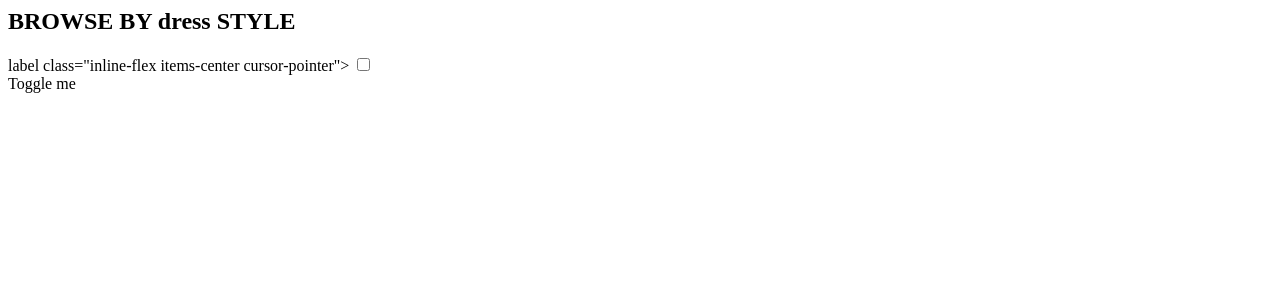
Repository: jekakoba/shop-co
Page: src/html/components/browse/_browse.html
The author's editor kept a copy of each file at every save. The page is drawn from the files as they stood at one save, then again after a run of saves.
The browser window is 1280 px wide. The pictures show the whole page.

Above is the page before, as saved 2025-03-04 19:01:45.

After the next 2 saves:
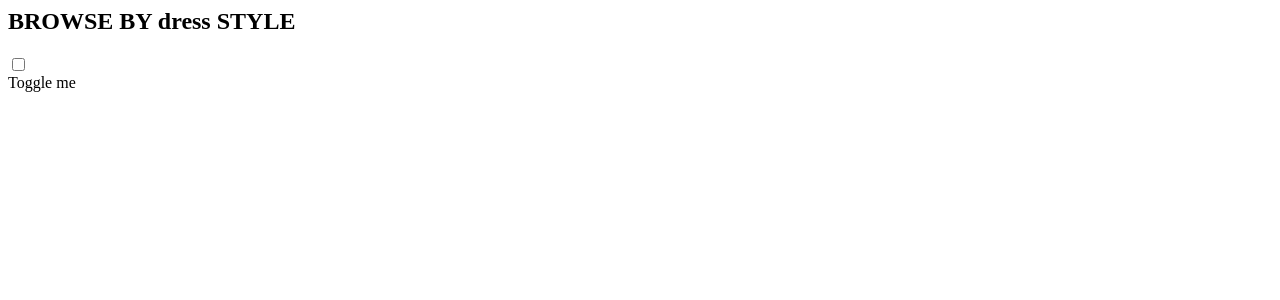
The 2 saves are shown as one change because they came seconds apart.
The last was saved 11 s later.
--- a/src/html/components/browse/_browse.html
+++ b/src/html/components/browse/_browse.html
@@ -1,10 +1,12 @@
 <section class="">
 	<h2 class="text-center font-bold font-f-secondary leading-none">BROWSE BY dress STYLE</h2>
-	label class="inline-flex items-center cursor-pointer">
-	<input type="checkbox" value="" class="sr-only peer">
-	<div
-		class="relative w-11 h-6 bg-gray-200 peer-focus:outline-none peer-focus:ring-4 peer-focus:ring-blue-300 dark:peer-focus:ring-blue-800 rounded-full peer dark:bg-gray-700 peer-checked:after:translate-x-full rtl:peer-checked:after:-translate-x-full peer-checked:after:border-white after:content-[''] after:absolute after:top-[2px] after:start-[2px] after:bg-white after:border-gray-300 after:border after:rounded-full after:h-5 after:w-5 after:transition-all dark:border-gray-600 peer-checked:bg-blue-600 dark:peer-checked:bg-blue-600">
-	</div>
-	<span class="ms-3 text-sm font-medium text-gray-900 dark:text-gray-300">Toggle me</span>
+
+	<label class="inline-flex items-center cursor-pointer">
+		<input type="checkbox" value="" class="sr-only peer">
+		<div
+			class="relative w-11 h-6 bg-gray-200 peer-focus:outline-none peer-focus:ring-4 peer-focus:ring-blue-300 dark:peer-focus:ring-blue-800 rounded-full peer dark:bg-gray-700 peer-checked:after:translate-x-full rtl:peer-checked:after:-translate-x-full peer-checked:after:border-white after:content-[''] after:absolute after:top-[2px] after:start-[2px] after:bg-white after:border-gray-300 after:border after:rounded-full after:h-5 after:w-5 after:transition-all dark:border-gray-600 peer-checked:bg-blue-600 dark:peer-checked:bg-blue-600">
+		</div>
+		<span class="ms-3 text-sm font-medium text-gray-900 dark:text-gray-300">Toggle me</span>
 	</label>
+
 </section>
